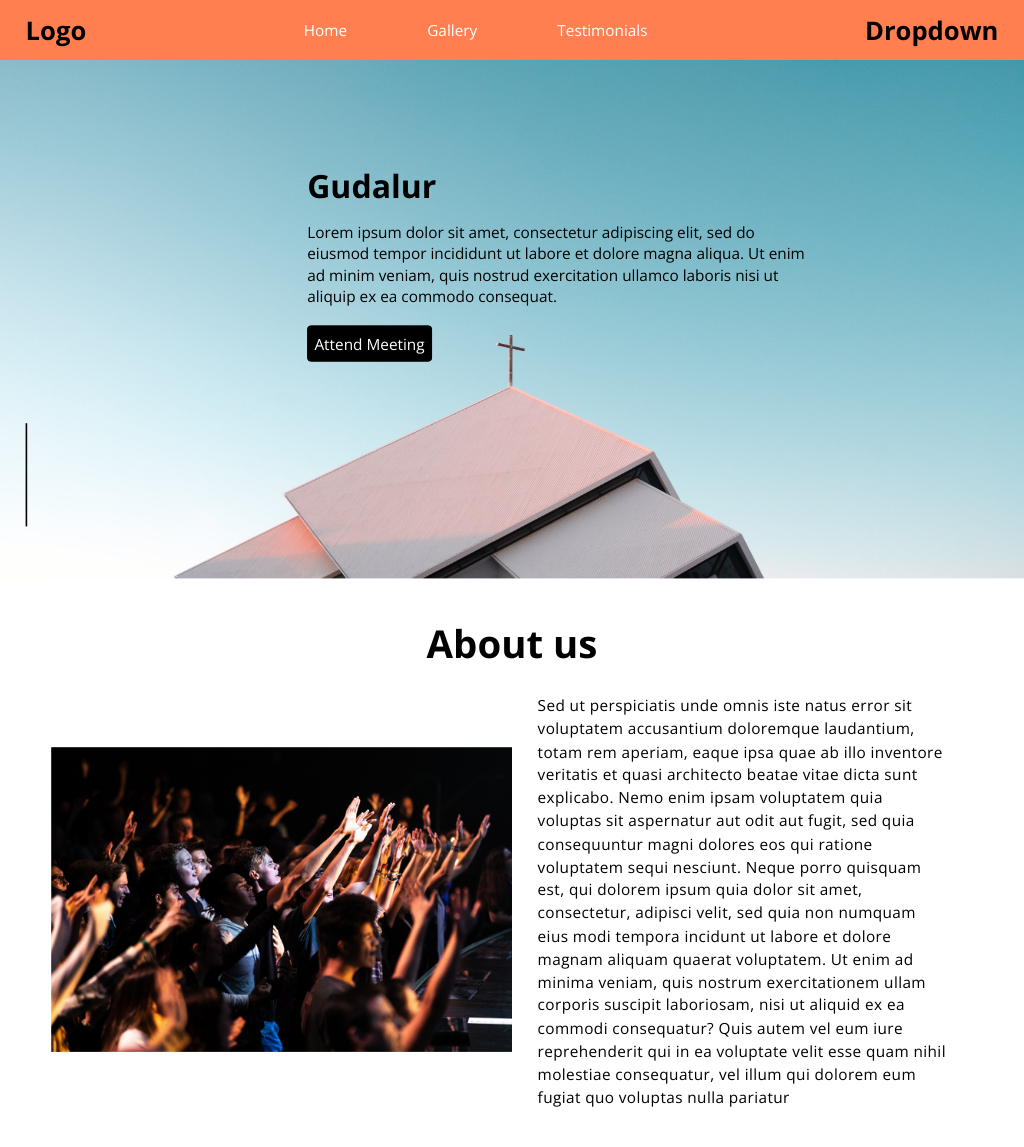
Repository: Imprasna/church
Page: index.html
The author's editor kept a copy of each file at every save. The page is drawn from the files as they stood at one save, then again after the next save.
The browser window is 1280 px wide. The pictures show the whole page, at 80% of full size.

Above is the page before, as saved 2022-01-18 23:22:08.

After the next save:
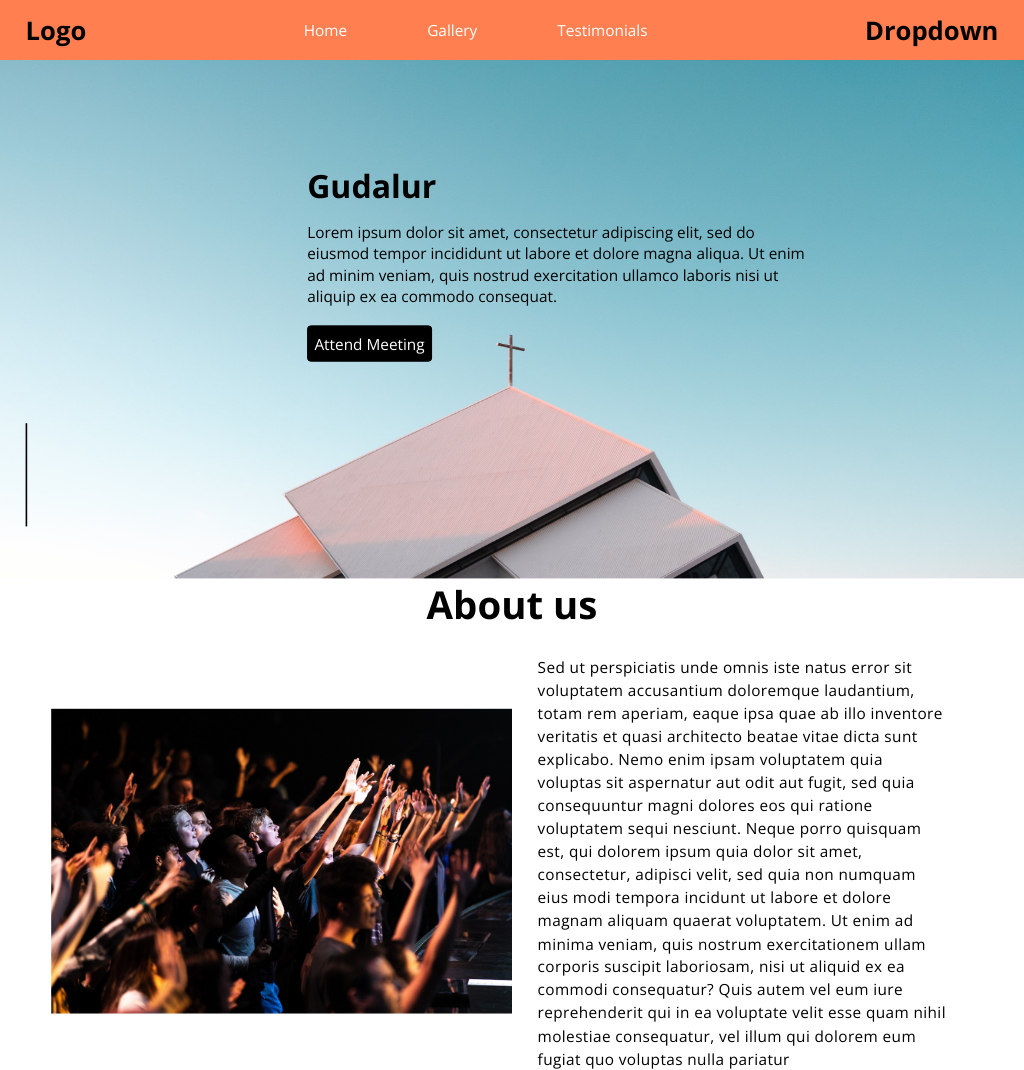
Saved 24 s later.
--- a/style.css
+++ b/style.css
@@ -92,6 +92,8 @@
     top: 70%;
 }
 
+.scroll_line::
+
 .about_sec {
     height: 100%;
     width: 100%;

After the save that followed:
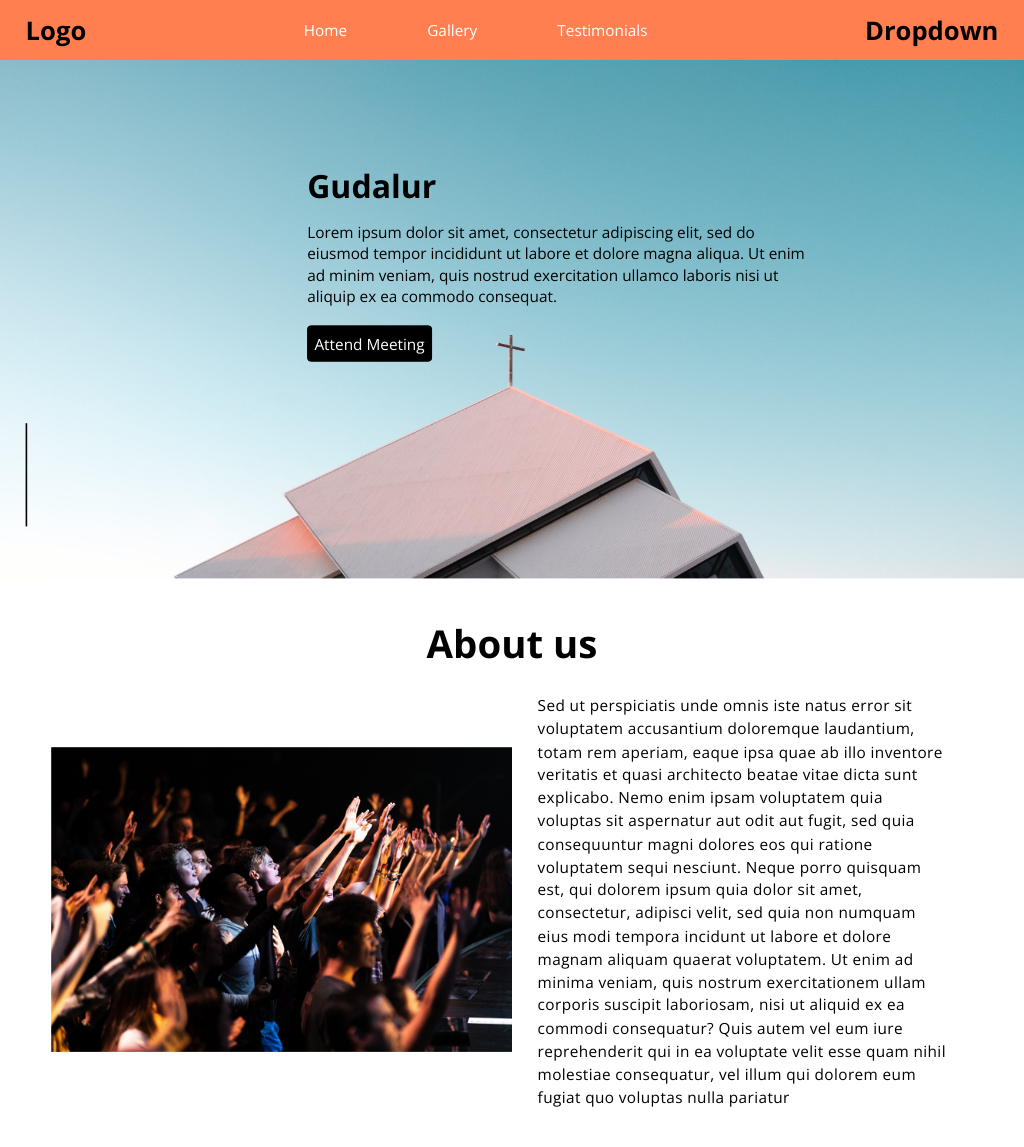
Saved 10 s later.
--- a/style.css
+++ b/style.css
@@ -92,7 +92,10 @@
     top: 70%;
 }
 
-.scroll_line::
+.scroll_line::before {
+    content: '';
+    position: absolute;
+}
 
 .about_sec {
     height: 100%;
